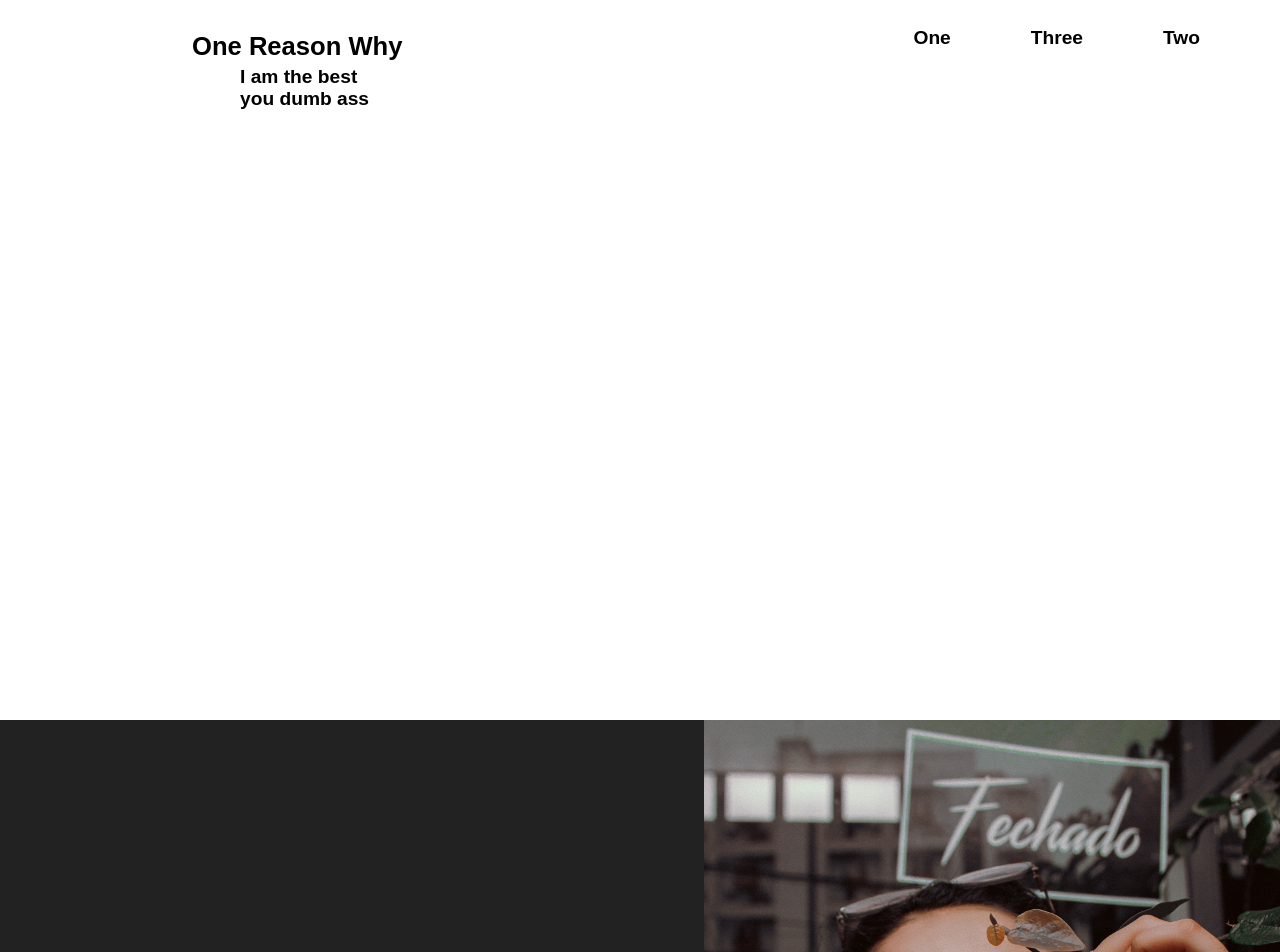
Repository: Imprasna/scrollmagic
Page: index.html
The author's editor kept a copy of each file at every save. The page is drawn from the files as they stood at one save, then again after the next save.
The browser window is 1280 px wide. The pictures show the part of the page from y = 0 to 952 px (the page is 2200 px tall).
A picture or video elsewhere on the page could not be fetched, so the positions and the page height are approximate. Some web fonts or font styles are not loaded; a fallback is used. Some web libraries are served in a nearby version.

Above is the page before, as saved 2021-11-14 18:21:21.

After the next save:
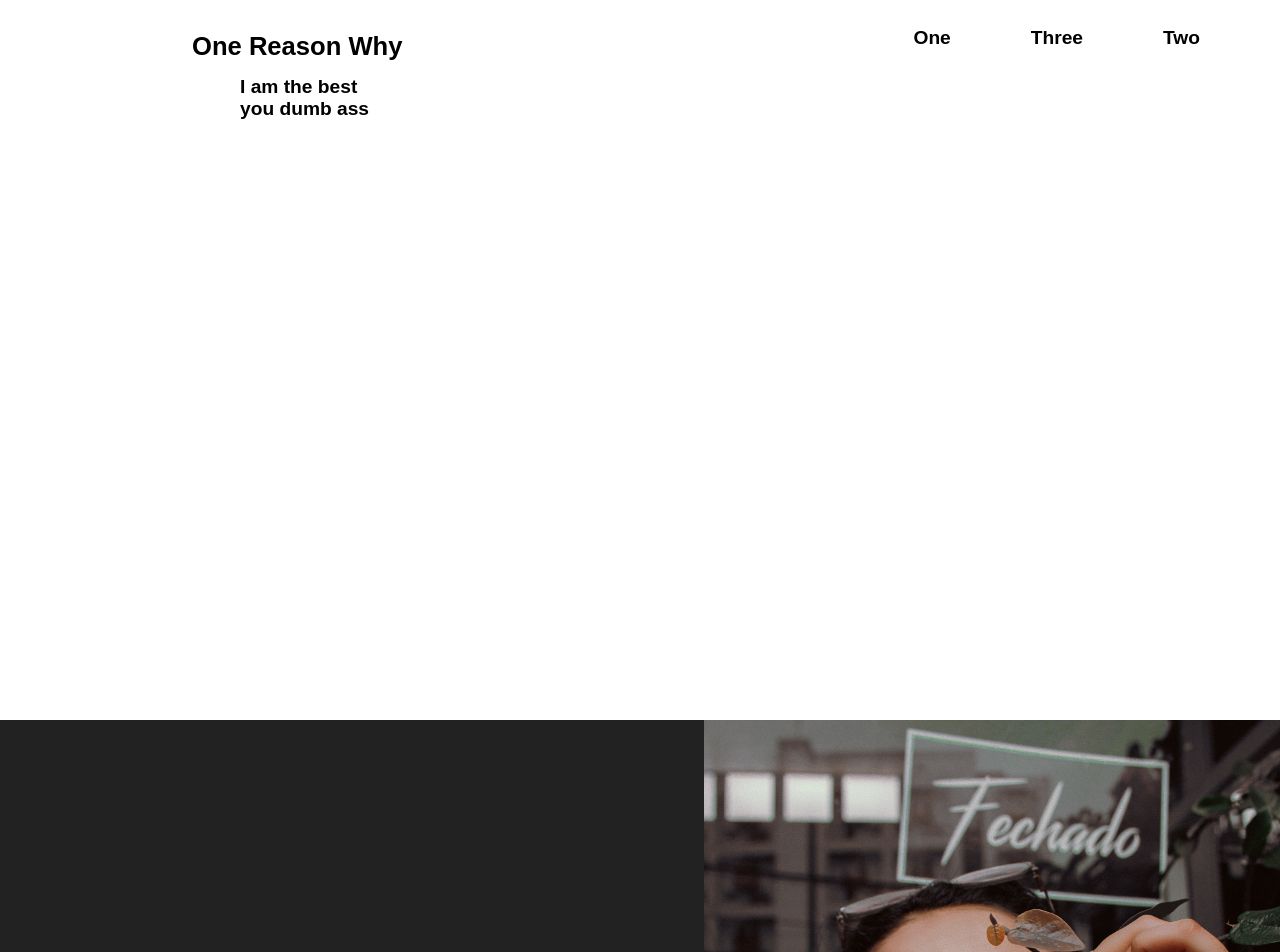
Saved 4 s later.
--- a/app.js
+++ b/app.js
@@ -27,5 +27,5 @@ let tl3 = gsap.timeline({
     },
 });
 
-tl.fromTo(".sliding-text", { x:160 }, { y:50 });
+tl.fromTo(".sliding-text", { x:160 }, { y:60 });
 tl2.fromTo(".logo", {scale: 6}, {scale: 1, top: "2rem", left: "12rem", x: "50%", y: "50%", pin: true});
